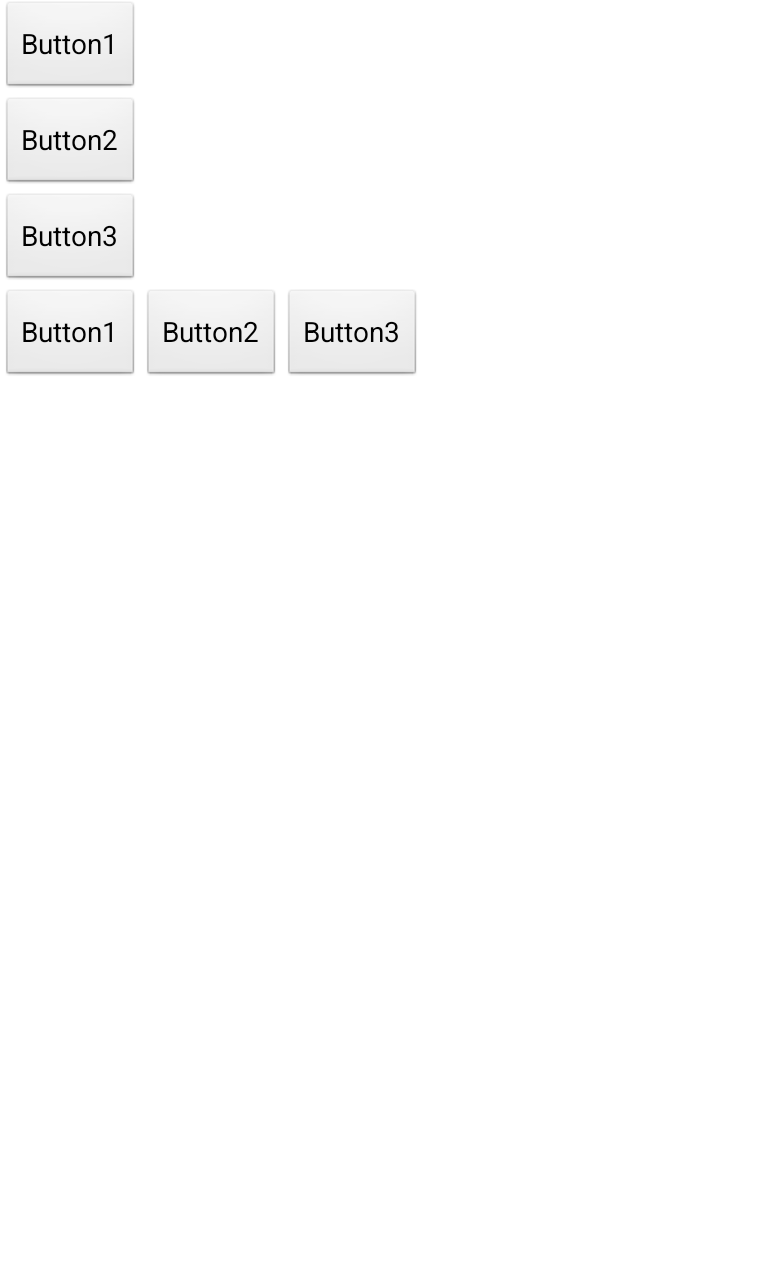
Repository: yjaeseok/gnssm_android_codelab
Layout: source/Day1-Layout/res/layout/linearlayout.xml
The author's editor kept a copy of each file at every save. The layout is drawn from the files as they stood at one save, then again after the next save.
It is drawn on a 768 x 1280 px phone screen (xhdpi) without system bars, with theme android:Theme.Light; the app's code is not run.

Above is the layout before, as saved 2014-03-26 11:56:50.

### source/Day1-Layout/res/layout/linearlayout.xml
<?xml version="1.0" encoding="utf-8"?>
<LinearLayout xmlns:android="http://schemas.android.com/apk/res/android"
    android:layout_width="match_parent"
    android:layout_height="match_parent"
    android:orientation="vertical" >

    <Button
        android:layout_width="wrap_content"
        android:layout_height="wrap_content"
        android:text="Button1" />

    <Button
        android:layout_width="wrap_content"
        android:layout_height="wrap_content"
        android:text="Button2" />

    <Button
        android:layout_width="wrap_content"
        android:layout_height="wrap_content"
        android:text="Button3" />

    <LinearLayout
        android:layout_width="match_parent"
        android:layout_height="match_parent"
        android:orientation="horizontal" >

        <Button
            android:layout_width="wrap_content"
            android:layout_height="wrap_content"
            android:text="Button1" />

        <Button
            android:layout_width="wrap_content"
            android:layout_height="wrap_content"
            android:text="Button2" />

        <Button
            android:layout_width="wrap_content"
            android:layout_height="wrap_content"
            android:text="Button3" />
    </LinearLayout>

</LinearLayout>

After the next save:
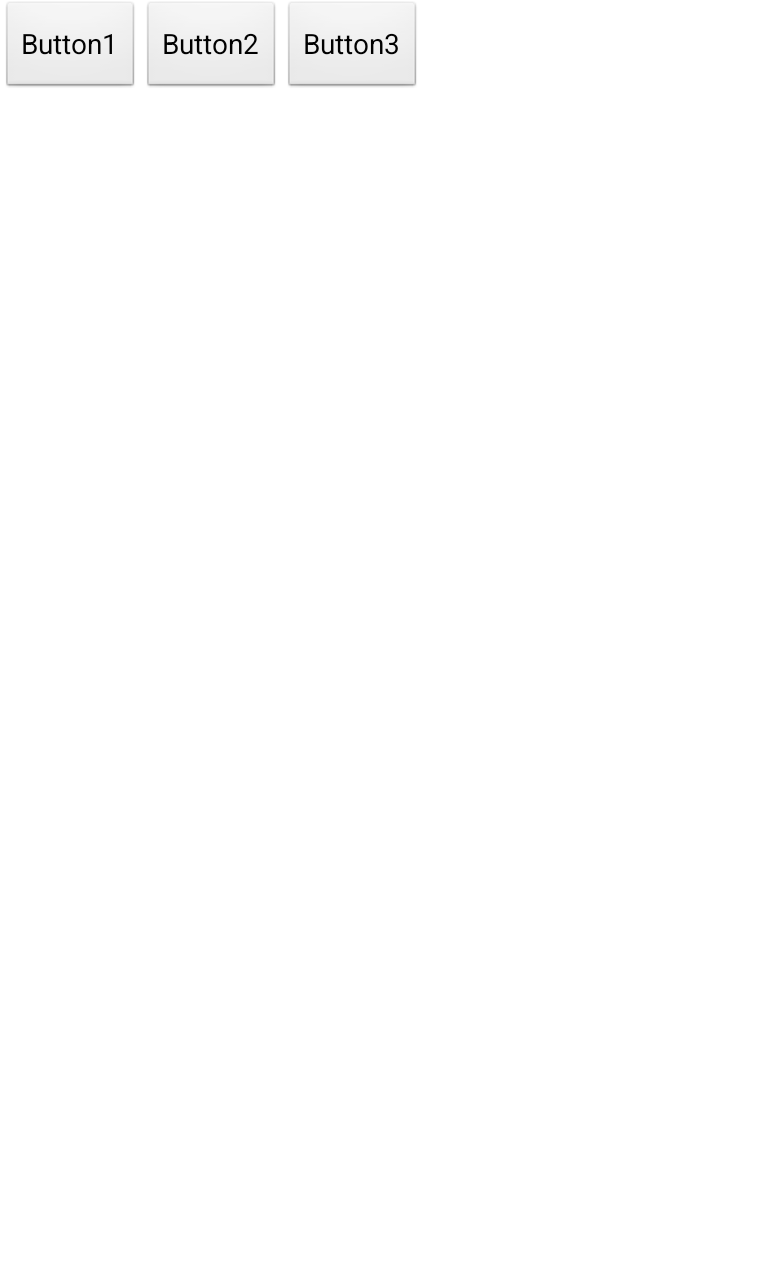
Saved 6 days later.
--- a/source/Day1-Layout/res/layout/linearlayout.xml
+++ b/source/Day1-Layout/res/layout/linearlayout.xml
@@ -2,7 +2,7 @@
 <LinearLayout xmlns:android="http://schemas.android.com/apk/res/android"
     android:layout_width="match_parent"
     android:layout_height="match_parent"
-    android:orientation="vertical" >
+    android:orientation="horizontal" >
 
     <Button
         android:layout_width="wrap_content"
@@ -19,25 +19,4 @@
         android:layout_height="wrap_content"
         android:text="Button3" />
 
-    <LinearLayout
-        android:layout_width="match_parent"
-        android:layout_height="match_parent"
-        android:orientation="horizontal" >
-
-        <Button
-            android:layout_width="wrap_content"
-            android:layout_height="wrap_content"
-            android:text="Button1" />
-
-        <Button
-            android:layout_width="wrap_content"
-            android:layout_height="wrap_content"
-            android:text="Button2" />
-
-        <Button
-            android:layout_width="wrap_content"
-            android:layout_height="wrap_content"
-            android:text="Button3" />
-    </LinearLayout>
-
 </LinearLayout>
